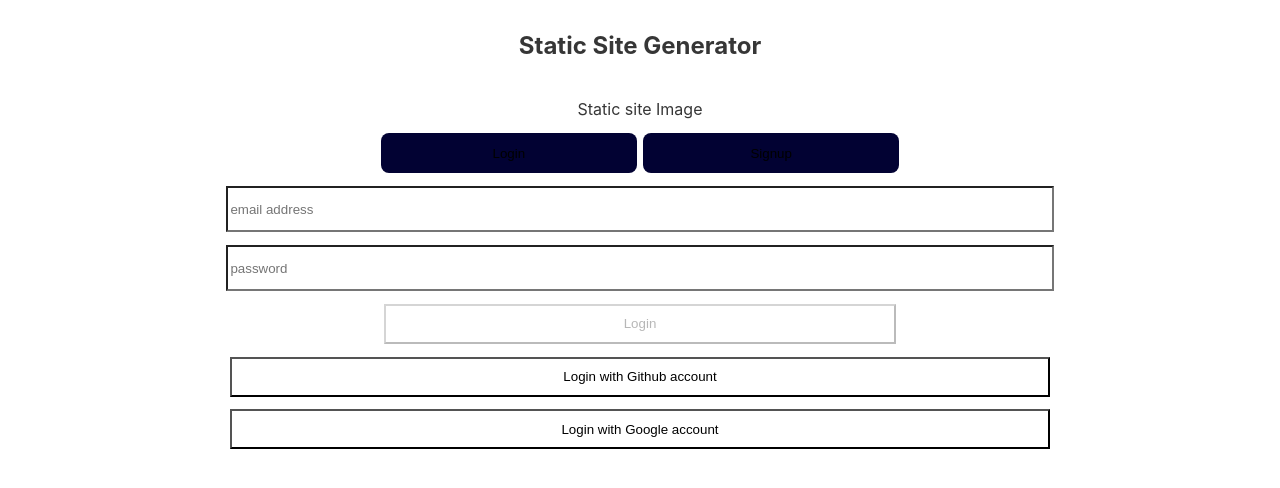
Repository: ValGrace/static-site-generator
Page: / (app in client-frontend/)
An editor plug-in stored every save of this project. The page is shown before and after the next save, followed by the edit.
The browser window is 1280 px wide. The pictures show the whole page.
The project was rebuilt for these pictures with package versions that can differ from the ones it lists, and the page was loaded fresh each time. Also part of the build but not shown: client-frontend/vite.config.js, client-frontend/src/Components/Signup.jsx, client-frontend/src/App.css.

Above is the page before, as saved 2023-02-04 13:15:45.

### client-frontend/index.html
<!DOCTYPE html>
<html lang="en">
  <head>
    <meta charset="UTF-8" />
    <link rel="icon" type="image/svg+xml" href="/vite.svg" />
    <meta name="viewport" content="width=device-width, initial-scale=1.0" />
    <title>Static Site Generator</title>
  </head>
  <body>
    <div id="root"></div>
    <script type="module" src="/src/main.jsx"></script>
  </body>
</html>

### client-frontend/src/App.jsx
import Dashboard from './Pages/Dashboard'
import './App.css'

function App() {


  return (
    <div className="App">
      <Dashboard />
    </div>
  )
}

export default App

### client-frontend/src/index.css
:root {
  font-family: Inter, system-ui, Avenir, Helvetica, Arial, sans-serif;
  line-height: 1.5;
  font-weight: 400;

  color-scheme: light dark;
  color: rgba(24, 24, 24, 0.87);
  background-color: #ffffff;

  font-synthesis: none;
  text-rendering: optimizeLegibility;
  -webkit-font-smoothing: antialiased;
  -moz-osx-font-smoothing: grayscale;
  -webkit-text-size-adjust: 100%;
}

### client-frontend/src/Pages/Dashboard.jsx
import React, { useReducer} from 'react'
import Login from '../Components/Login'
import Signup from '../Components/Signup'

const initialState = {page : <Login />}
function reducer(state, action) {
    switch(action.type) {
        case 'loginpage':
          return { page: <Login />}
        case 'signuppage':
            return { page: <Signup />}
        default:
            return { page: <h2>Loading....</h2>}
    }
}
const Dashboard = () => {
    const [state, dispatch] = useReducer(reducer, initialState)
    return (
        <div className='dashboard'>
         <h2>Static Site Generator</h2>
         <div>Static site Image</div>
         <div className='dash' id='dash'>
            <div className='toggleForms'>
                <button onClick={() => dispatch({type: 'loginpage'})} className="type-btn">Login</button>
                <button onClick={() => dispatch({type: 'signuppage'})
                } className="type-btn">Signup</button>
                </div>
            <React.Fragment>{state.page}</React.Fragment>

            <button id="auth-btns">Login with Github account</button>
            <button id="auth-btns">Login with Google account</button>
         </div>
       </div>
    )
}

export default Dashboard

### client-frontend/src/Components/Login.jsx
import { useRef, useState } from 'react'
import "./Inputs.css"
const Login = () => {
    const emailRef = useRef()
    const passwordRef = useRef()
    const [loading, setLoading] = useState(true)
    const LoginSession = () => {

    }
    return (
    <form onSubmit={LoginSession} className="signupForm">
        <input type='email' placeholder='email address' ref={emailRef} />
        <input type='password' placeholder='password' ref={passwordRef} />
        <button disabled={loading} type='submit' id='sign'>Login</button>
    </form>
    )
}

export default Login

### client-frontend/src/Components/Inputs.css
form, #dash {
    width: 80vw;
}
.signupForm, .dash, .dashboard {
   display: flex;
   flex-direction: column;
   justify-content: center;
   align-items: center;
   gap: 0.8em;
}

input, button {
    width: 80%;
    height: 3em;
    background-color: transparent;
}

#sign {
   width: 40vw;
}

.toggleForms {
    display: flex;
    flex-direction: row;
    gap: 0.4em;
    justify-content: center;
    align-items: center;
}

.type-btn {
    background-color: rgb(2, 2, 51);
    border: none;
    width: 20vw;
    border-radius: 8px;
}

Loaded but not shown: client-frontend/src/main.jsx (common file)

After the next save:
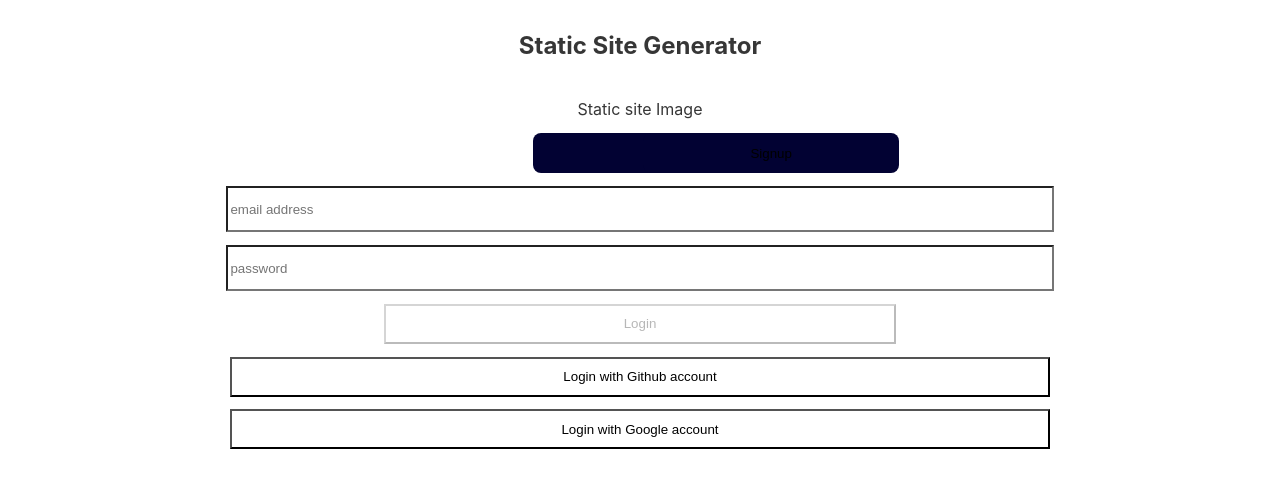
Saved 18 s later.
--- a/client-frontend/src/Components/Inputs.css
+++ b/client-frontend/src/Components/Inputs.css
@@ -20,8 +20,8 @@ input, button {
 }
 
 .toggleForms {
-    display: flex;
-    flex-direction: row;
+    display: grid;
+    grid-template-columns: 20% 20%;
     gap: 0.4em;
     justify-content: center;
     align-items: center;
